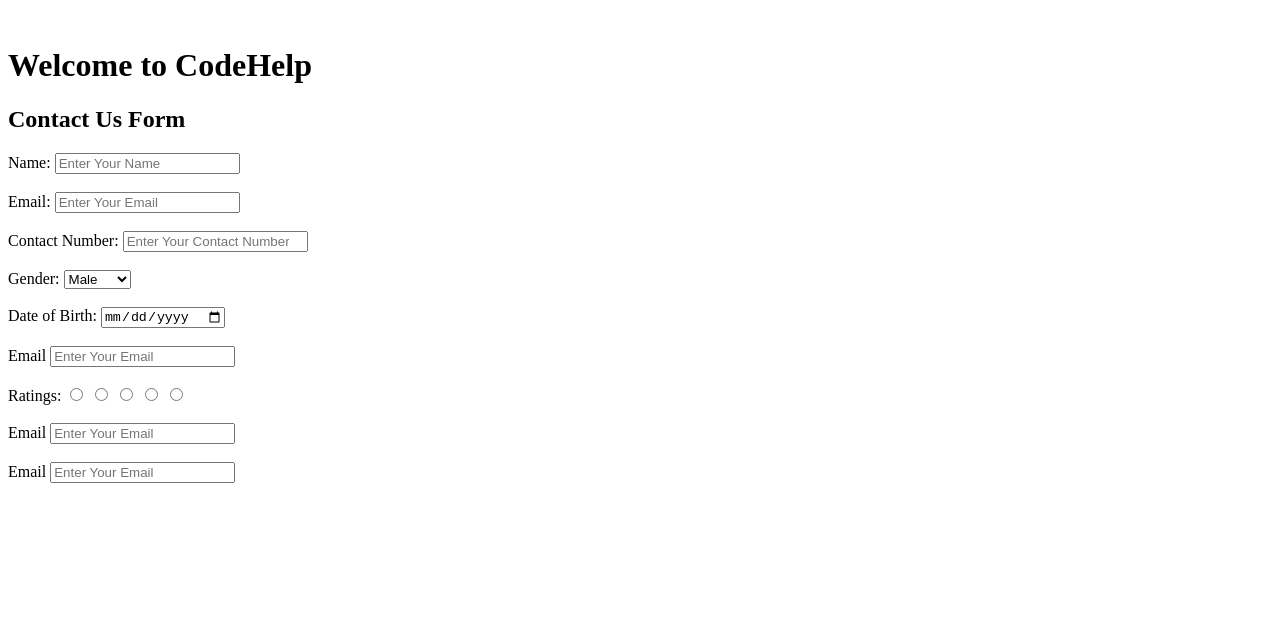
Repository: shoaib-1729/Web-Dev-Course_Dot-Batch_Love-Babbar
Page: 02_HTML Session Basics-to-Pro Level/03_HTML-Basics-Session-III/03_Code-Practice-Session-3/formsPractice.html
These files come from the project's save history. The page is drawn as it stood at one moment and after the next save; the edit follows.
The browser window is 1280 px wide. The pictures show the whole page.

Above is the page before, as saved 2023-07-29 16:26:45.

After the next save:
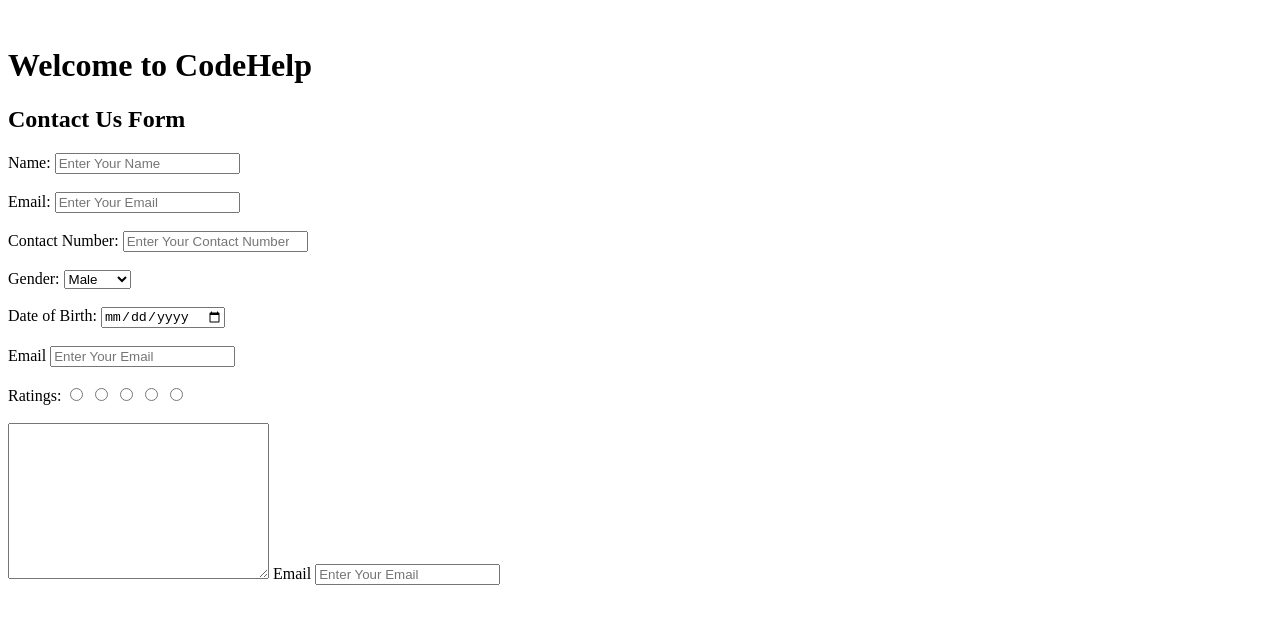
Saved 18 s later.
--- a/02_HTML Session Basics-to-Pro Level/03_HTML-Basics-Session-III/03_Code-Practice-Session-3/formsPractice.html
+++ b/02_HTML Session Basics-to-Pro Level/03_HTML-Basics-Session-III/03_Code-Practice-Session-3/formsPractice.html
@@ -60,10 +60,7 @@
     </br>
     </br>
 
-    <label for="Email">Email</label>
-    <input type="email" id="Email" placeholder="Enter Your Email">
-    </br>
-    </br>
+    <textarea name="" id="" cols="30" rows="10"></textarea>
 
     <label for="Email">Email</label>
     <input type="email" id="Email" placeholder="Enter Your Email">
